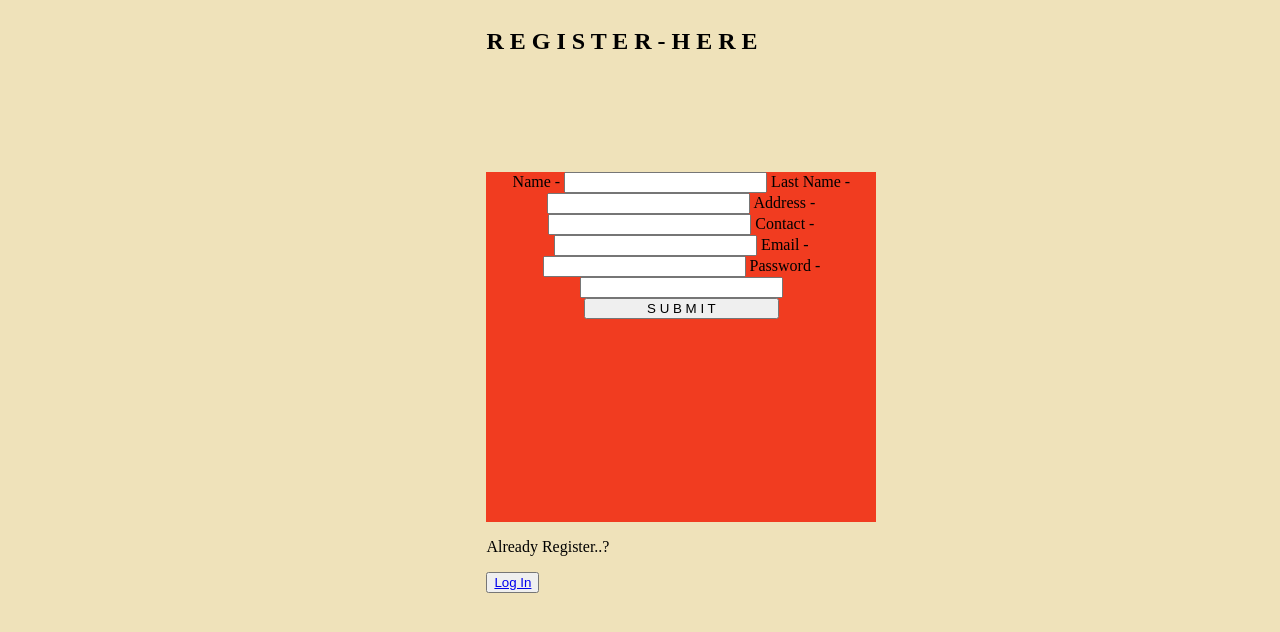
Repository: Krushna26nk/WebApplication
Page: http://localhost/Application/
These files come from the project's save history. The page is drawn as it stood at one moment and after the next save; the edit follows.
The browser window is 1280 px wide. The pictures show the whole page.
The page is served by Tomcat 9.

Above is the page before, as saved 2019-05-31 12:37:41.

After the next save:
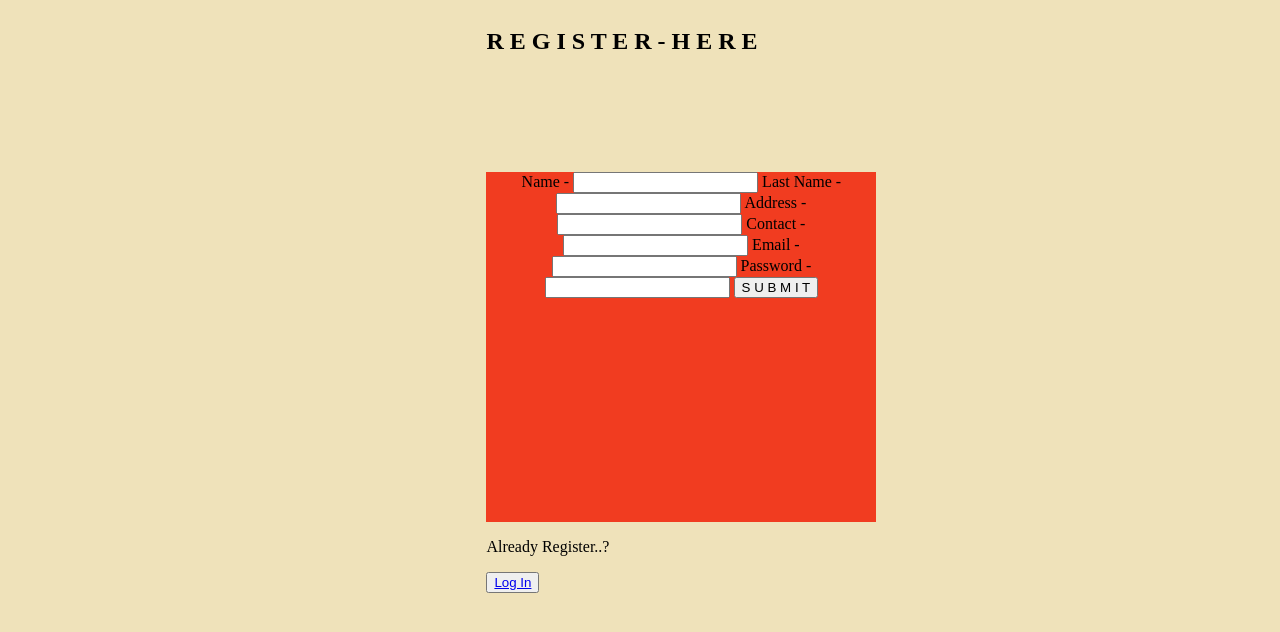
Saved 28 s later.
--- a/web/Application/WebContent/Style.css
+++ b/web/Application/WebContent/Style.css
@@ -12,9 +12,7 @@
 	text-align:center;
 
 }
-input{
-	width:50%;
-}
+
 .inputFields{
 	display:block;
 }
